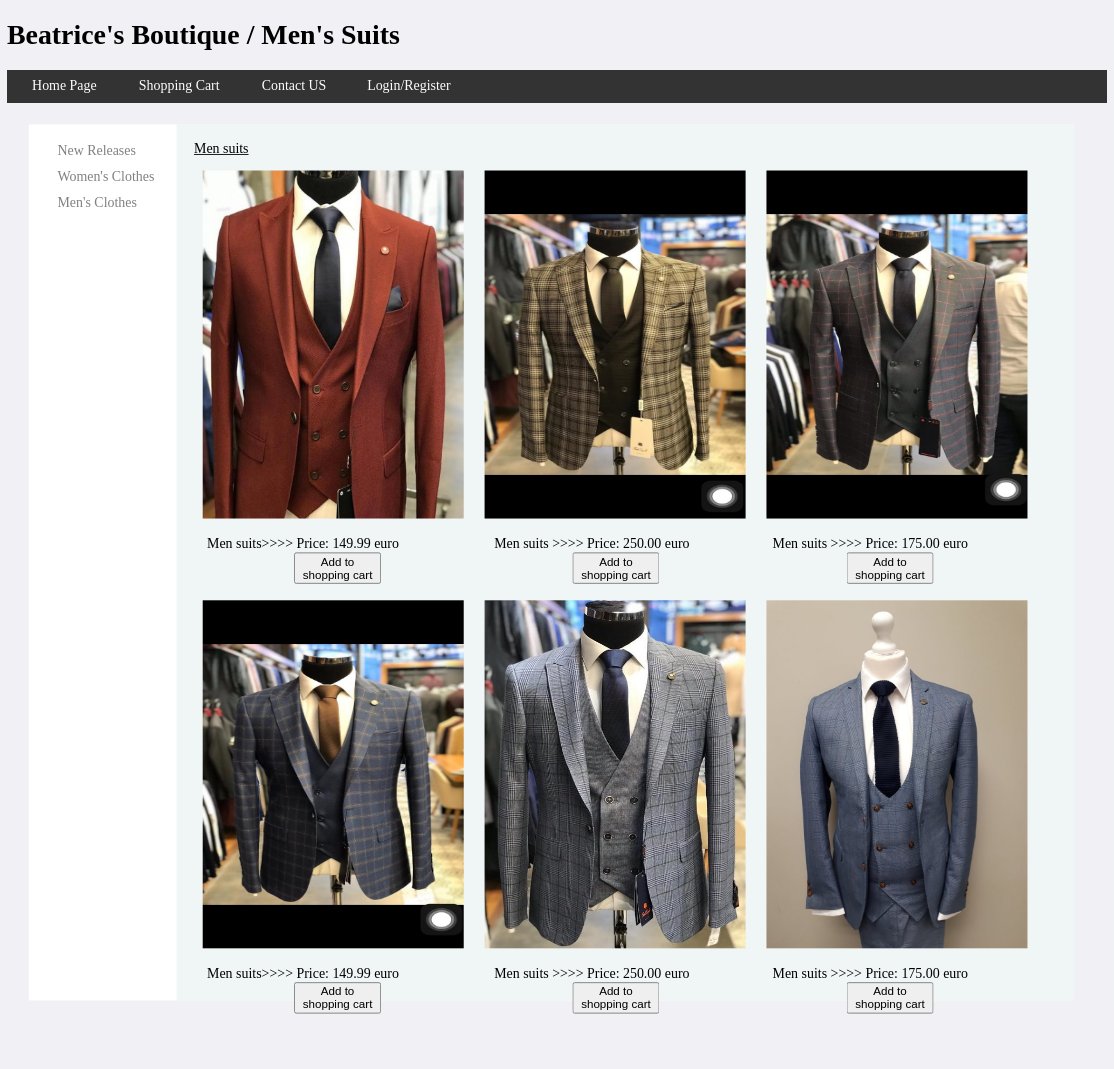
Repository: IosifDobos/Beatrice-Boutique
Page: BeatriceBoutique/Java/WorkSpace/BeatriceBoutique/WebContent/mensClothes.html
An editor plug-in stored every save of this project. The page is shown before and after the next save, followed by the edit.
The browser window is 1280 px wide. The pictures show the whole page, at 87% of full size.

Above is the page before, as saved 2018-12-05 14:32:07.

### BeatriceBoutique/Java/WorkSpace/BeatriceBoutique/WebContent/mensClothes.html
<!DOCTYPE html >
<html>
<head>
<meta http-equiv="Content-Type" content="text/html; charset=ISO-8859-1">
<link rel="stylesheet" type="text/css" href="styleSheet.css">
<title>Women's Clothes</title>
</head>
<body>

	<h1>Beatrice's Boutique / Men's Suits</h1>

	<ul>
		<li><a href="homePage.html">Home Page</a></li>
		<li><a href="shoppingCart.html">Shopping Cart</a></li>
		<li><a href="contact.html">Contact US</a></li>
		<li><a href="login.html">Login/Register</a></li>
	</ul>


	<div class = "container">
		<!-- left side of the container where menu is displayed -->
		<div id="sidemenu">
			<a href="#">New Releases</a>
			<a href="womensClothes.html">Women's Clothes</a>
			<a href="mensClothes.html">Men's Clothes</a>
		</div>
		<!-- right side of the container -->
		<div id="right-side">
			<p><u>Men suits</u></p>

			<img alt="dress" src="mens-img/download.jpeg" width="300" height="400" style="margin-left: 10px;">

			<img alt="dress1" src="mens-img/Fatih_Grey+Check-Black.jpg" width="300" height="400" style="margin-left: 20px;">

			<img alt="dress2" src="mens-img/Fatih_Navy-Burgundy+Check.jpg" width="300" height="400" style="margin-left: 20px;">
			<div id="product-1">
				<p>Men suits>>>>  Price: 149.99 euro</p>
			</div>
			<div id="product-2">
				<p>Men suits >>>>  Price: 250.00 euro</p>
			</div>
			<div id="product-3">
				<p>Men suits >>>>  Price: 175.00 euro</p>
			</div>
			<div id ="button-url">
				<button data-url="shoppingCart.html" type="button" title="Add to shopping cart"
				class="button">
						Add to shopping cart
				</button>
			</div>
			<div id ="button-url1">
				<button data-url="shoppingCart.html" type="button" title="Add to shopping cart"
				class="button">
						Add to shopping cart
				</button>
			</div>
			<div id ="button-url2">
				<button data-url="shoppingCart.html" type="button" title="Add to shopping cart"
				class="button">
						Add to shopping cart
				</button>
			</div>
			<br><br><br><br><br><br>
			<img alt="dress3" src="mens-img/Fatih+Blue-Mustard+Check.jpg" width="300" height="400" style="margin-left: 10px;">

			<img alt="dress4" src="mens-img/suit-1.jpeg" width="300" height="400" style="margin-left: 20px;">

			<img alt="dress5" src="mens-img/suit-2.jpg" width="300" height="400" style="margin-left: 20px;">
			<div id="product-1">
				<p>Men suits>>>>  Price: 149.99 euro</p>
			</div>
			<div id="product-2">
				<p>Men suits >>>>  Price: 250.00 euro</p>
			</div>
			<div id="product-3">
				<p>Men suits >>>>  Price: 175.00 euro</p>
			</div>
			<div id ="button-url">
				<button data-url="shoppingCart.html" type="button" title="Add to shopping cart"
				class="button">
						Add to shopping cart
				</button>
			</div>
			<div id ="button-url1">
				<button data-url="shoppingCart.html" type="button" title="Add to shopping cart"
				class="button">
						Add to shopping cart
				</button>
			</div>
			<div id ="button-url2">
				<button data-url="shoppingCart.html" type="button" title="Add to shopping cart"
				class="button">
						Add to shopping cart
				</button>
			</div>
			<br><br><br>
		</div>

	</div>

</body>
</html>

### BeatriceBoutique/Java/WorkSpace/BeatriceBoutique/WebContent/styleSheet.css
@charset "UTF-8";

body{
	background-color: #f0f0f5;
}

ul {
	position: -webkit-sticky;
	position: sticky;
    list-style-type: none;
    top: 0;
    margin: 0;
    padding: 0;
    overflow: hidden;
    background-color: #333;
}

li{
	float: left;
}

li a{
	display: block;
	color: white;
	text-align: center;
	padding: 10px 16px;
	text-decoration: none;
	width: 100px;

}

li a:hover {
    background-color: #555;
    color: white;
}

.active {
    background-color: #4CAF50;
    color: white;
}

.container{
	margin-top: 25px;
	margin-left: 25px;
	margin-right: 25px;
	background-color:  white;
	min-height: 400px;
	width: 95%;
}

/*#container:after{
	content: "";
	display: table;
	clear: both;
} */



#sidemenu {
    min-height: 100px;; /* Full-height: remove this if you want "auto" height */
    width: 150px;; /* Set the width of the sidebar */
    position: fixed; /* Fixed Sidebar (stay in place on scroll) */
    z-index: 1; /* Stay on top */
    top: 150px; /* Stay at the top */
    left: 50px;
    background-color: ; /* Black */
    overflow-x: hidden; /* Disable horizontal scroll */
    padding: 8px 0;
}

#sidemenu a {
    padding: 6px 8px 6px 16px;
    text-decoration: none;
    font-size: 16px;
    color: #818181;
    display: block;
}

/* When you mouse over the navigation links, change their color */
#sidemenu a:hover {
    color: #679898;
}

/* Style page content */
#right-side {
    margin-left: 170px; /* Same as the width of the sidebar */
    padding: 3px 5px 20px 20px;
    background-color: #f0f5f5;
    min-height: 400px;
}


/* #right-side{
	float: right;
	margin-right: 20px;
	width: 60%;
} */


#product-1{
	position: absolute;
	margin-left: 15px;
}

#product-2{
	position: absolute;
	margin-left: 345px;
}

#product-3{
	position: absolute;
	margin-left: 665px;
}

#button-url{
	position: absolute;
	margin-top: 35px;
	margin-left: 115px;
	width: 100px;
	height: 100px;
}

#button-url1{
	position: absolute;
	margin-top: 35px;
	margin-left: 435px;
	width: 100px;
	height: 100px;
}

#button-url2{
	position: absolute;
	margin-top: 35px;
	margin-left: 750px;
	width: 100px;
	height: 100px;
}


/* Responsive layout - when the screen is less than 600px wide, make the two columns stack on top of each other instead of next to each other */
@media screen and (max-width: 600px) {
    .col-25, .col-75, input[type=submit] {
        width: 100%;
        margin-top: 0;
    }
}

@media screen and (max-height: 450px) {
    #sidemenu {padding-top: 15px;}
    #sidemenu a {font-size: 18px;}
}

After the next save:
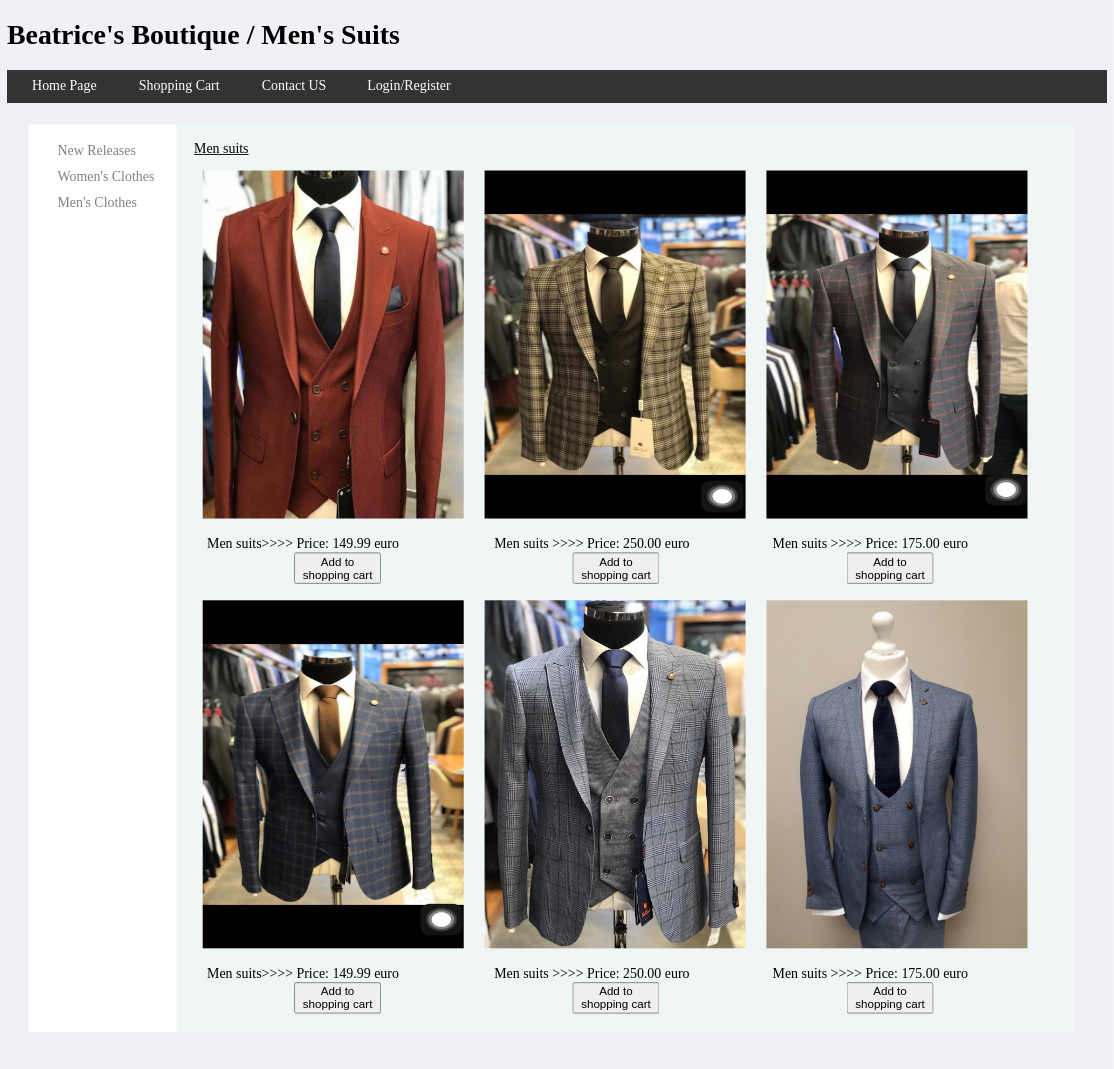
Saved 14 s later.
--- a/BeatriceBoutique/Java/WorkSpace/BeatriceBoutique/WebContent/mensClothes.html
+++ b/BeatriceBoutique/Java/WorkSpace/BeatriceBoutique/WebContent/mensClothes.html
@@ -93,7 +93,7 @@
 						Add to shopping cart
 				</button>
 			</div>
-			<br><br><br>
+			<br><br><br><br><br>
 		</div>
 
 	</div>
